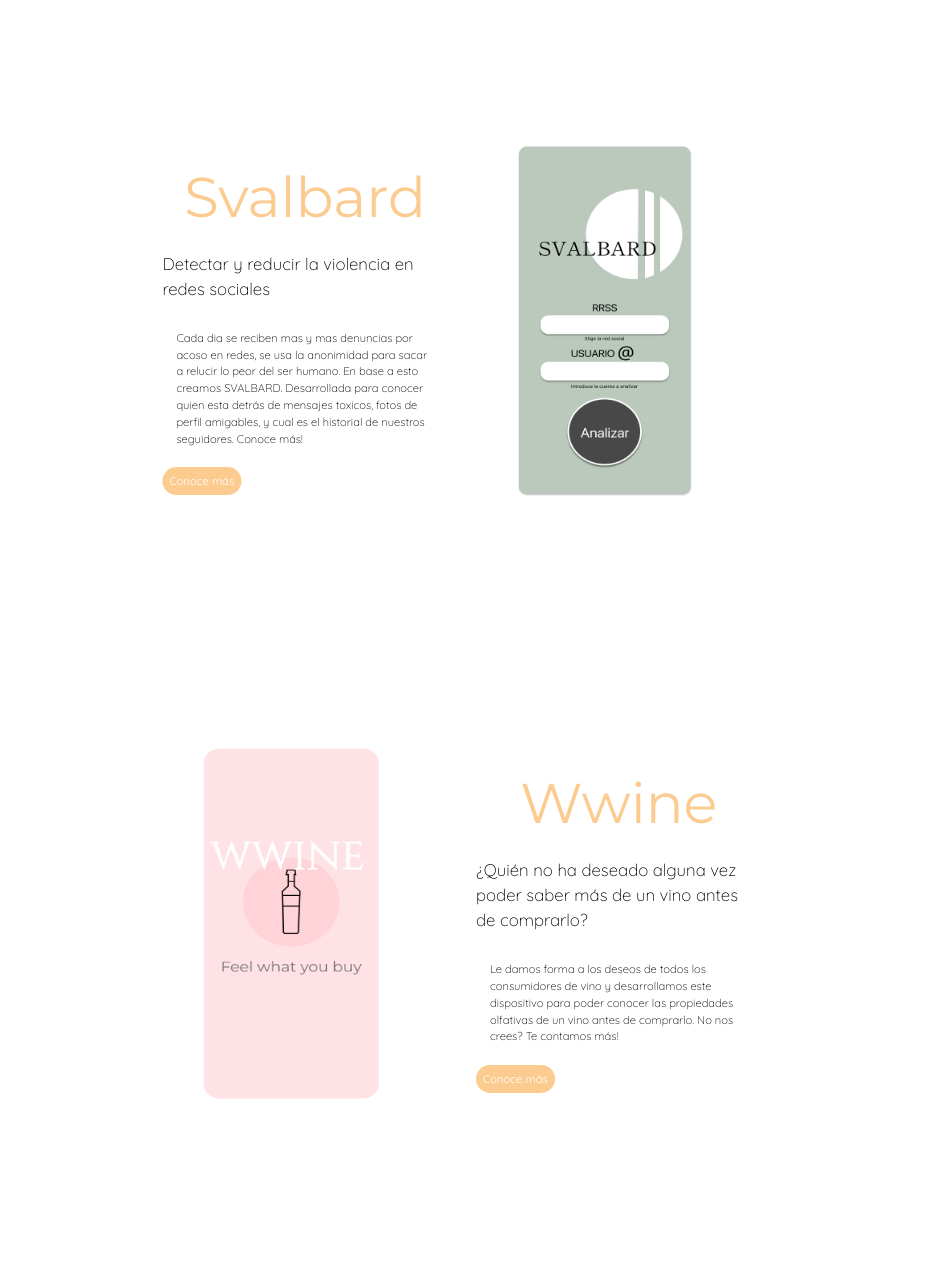
Repository: Marilyncabirta/portfolioHTML
Page: index.html
An editor plug-in stored every save of this project. The page is shown before and after the next save, followed by the edit.
The browser window is 1280 px wide. The page is 1330 px wide, so the pictures cover 1330 px, including what lies to the right of the window. The pictures show the part of the page from y = 1436 to 3276 px (the page is 5168 px tall), at 70% of full size.
Backgrounds fixed to the window are drawn as part of the page. Some web libraries are served in a nearby version.

Above is the page before, as saved 2022-12-16 12:28:27.

After the next save:
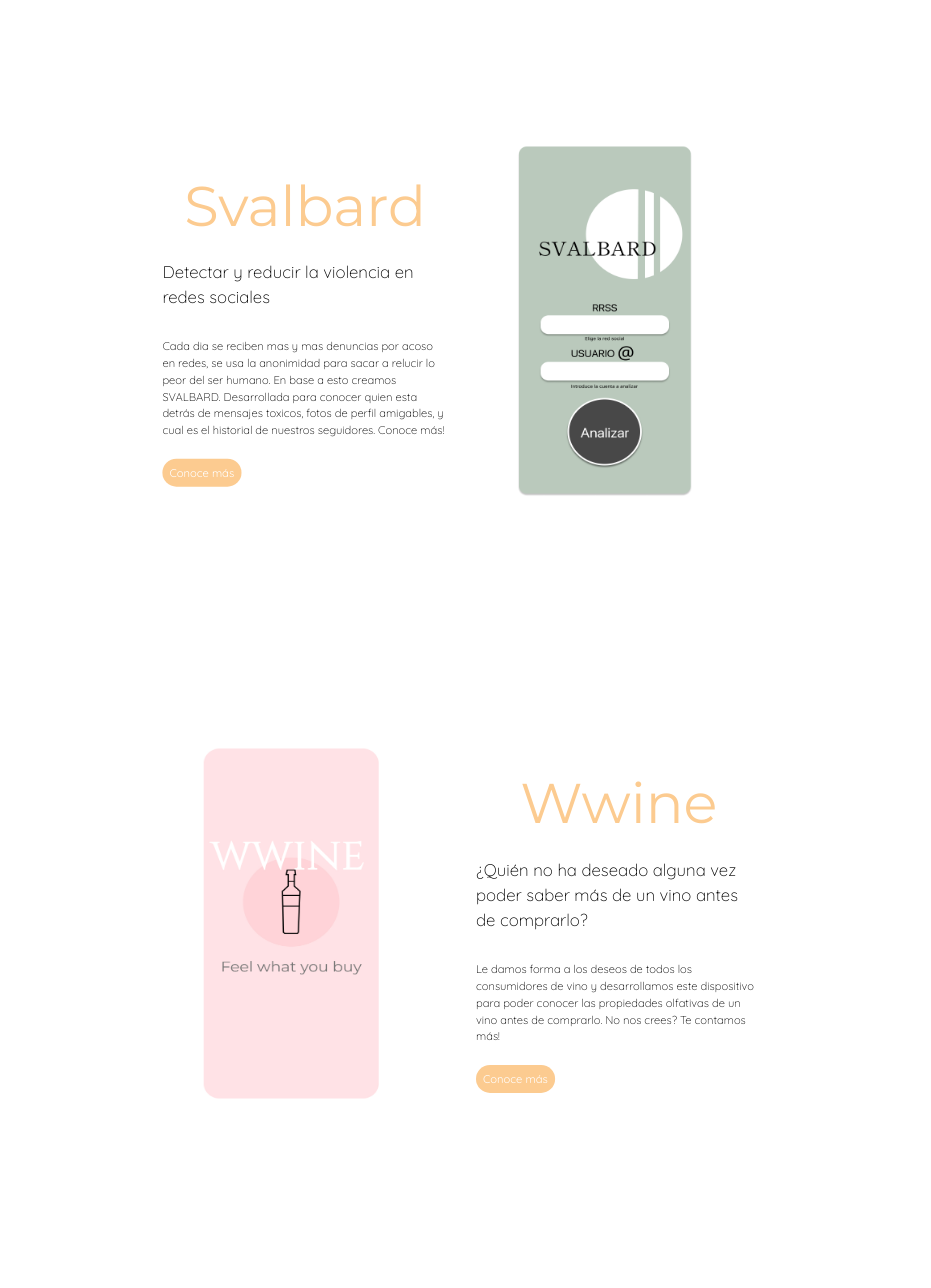
Saved 8 s later.
--- a/css/estilos.css
+++ b/css/estilos.css
@@ -240,7 +240,7 @@ body{
 
 .about__content{
     font-size: 16px;
-    margin: 40px;
+    margin: 40px 20px;
     text-align: left;
     line-height: 1.5;
     font-weight: 300;
